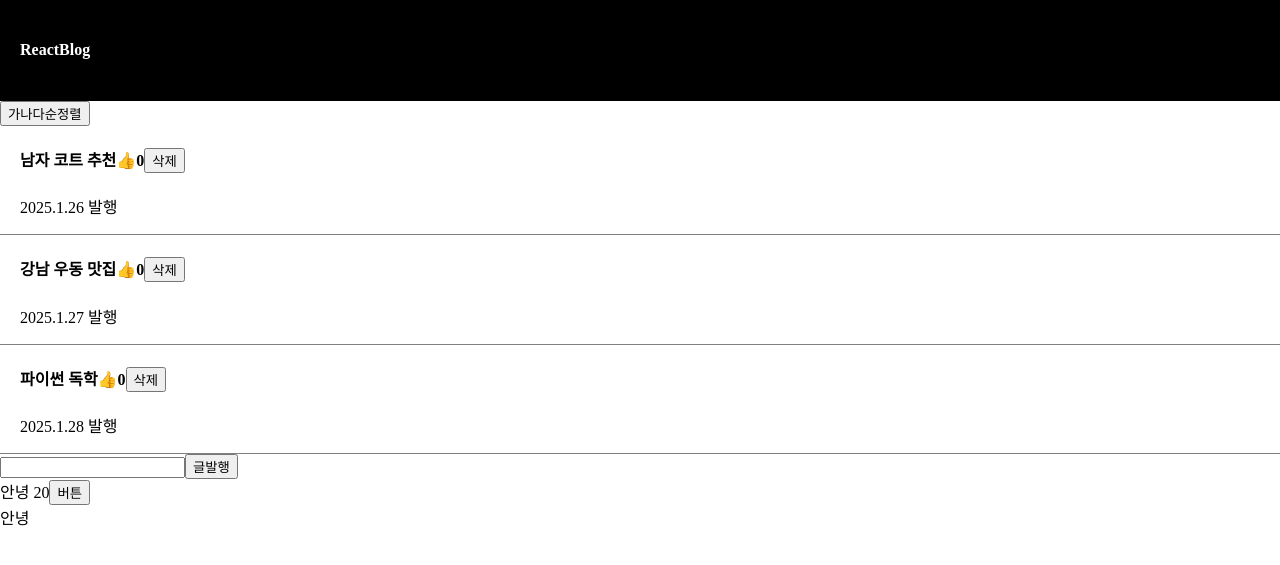
Repository: thinkseaweave/applecoding
Page: /
These files come from the project's save history. The page is drawn as it stood at one moment and after a run of saves; the edit follows.
The browser window is 1280 px wide. The pictures show the whole page.
The project was rebuilt for these pictures with package versions that can differ from the ones it lists, and the page was loaded fresh each time. Also part of the build but not shown: vite.config.js, src/index.css.

Above is the page before, as saved 2025-01-30 12:33:11.

After the next 2 saves:
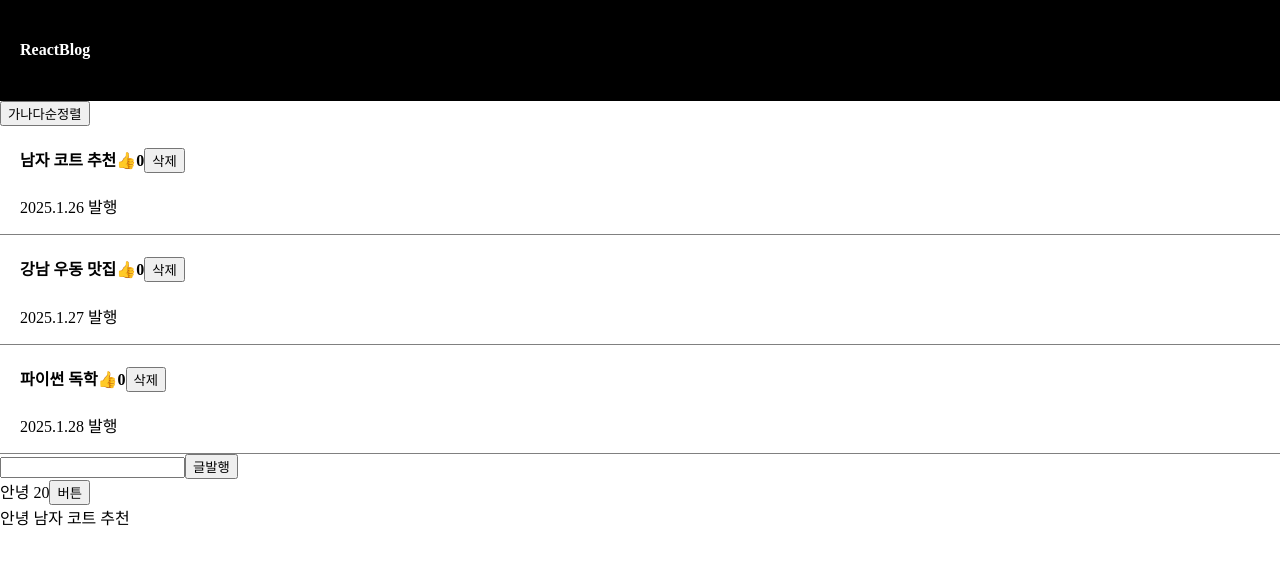
The 2 saves are shown as one change because 1 did not build or start.
The last was saved 24 s later.
--- a/src/App.jsx
+++ b/src/App.jsx
@@ -161,7 +161,7 @@ class Modal2 extends Component {
             버튼
           </button>
         </div>
-        <div>안녕 {this.props.i}</div>
+        <div>안녕 {this.props.글제목[this.props.index]}</div>
       </div>
     );
   }
